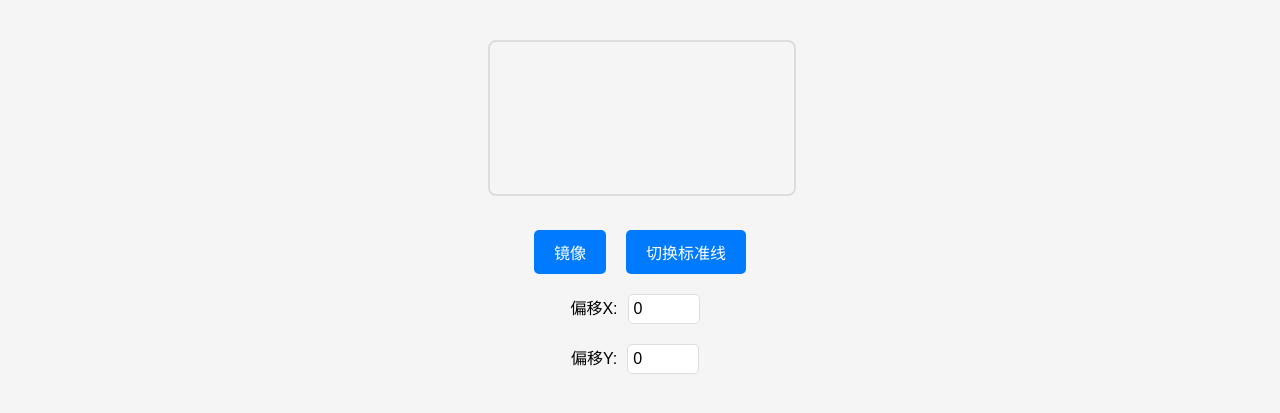
Repository: shasha333333/mirrorOnVue
Page: /
The author's editor kept a copy of each file at every save. The page is drawn from the files as they stood at one save, then again after the next save.
The browser window is 1280 px wide. The pictures show the whole page.
The page's requests for data from a server got no answer. The project was rebuilt for these pictures with package versions that can differ from the ones it lists, and the page was loaded fresh each time. No one was signed in, and anything a server would have sent is missing. Also part of the build but not shown: vue.config.js.

Above is the page before, as saved 2024-11-18 22:02:14.

After the next save:
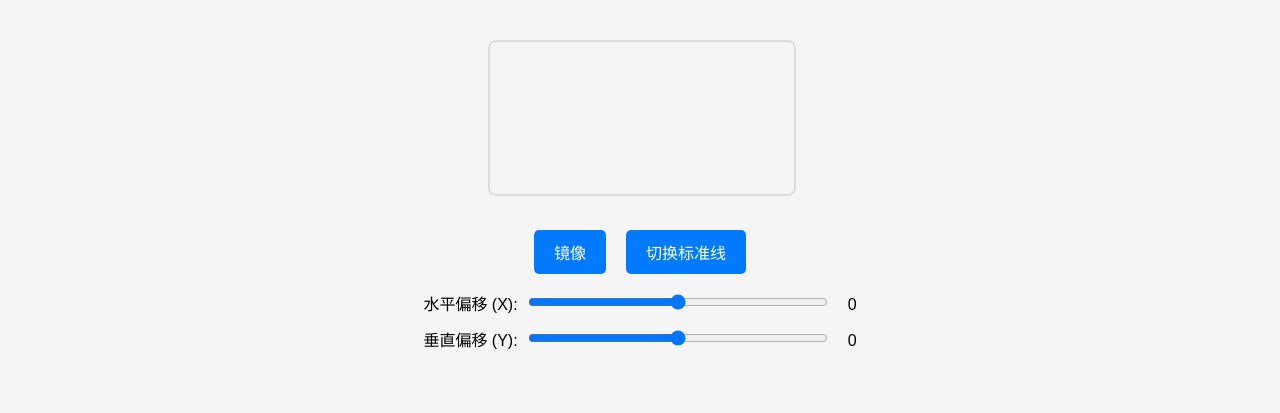
Saved 89 s later.
--- a/src/components/CameraApp.vue
+++ b/src/components/CameraApp.vue
@@ -15,14 +15,16 @@
       <button @click="toggleMirror">镜像</button>
       <button @click="toggleLines">切换标准线</button>
 
-      <!-- 偏移量调整 -->
+      <!-- 偏移量调整（使用滚动条）-->
       <div>
-        <label for="offsetX">偏移X:</label>
-        <input type="number" v-model="offsetX" id="offsetX" />
+        <label for="offsetX">水平偏移 (X):</label>
+        <input type="range" v-model="offsetX" id="offsetX" min="-200" max="200" step="1" />
+        <span>{{ offsetX }}</span>
       </div>
       <div>
-        <label for="offsetY">偏移Y:</label>
-        <input type="number" v-model="offsetY" id="offsetY" />
+        <label for="offsetY">垂直偏移 (Y):</label>
+        <input type="range" v-model="offsetY" id="offsetY" min="-200" max="200" step="1" />
+        <span>{{ offsetY }}</span>
       </div>
     </div>
   </div>
@@ -162,12 +164,14 @@
   background-color: #0056b3;
 }
 
-input[type="number"] {
+input[type="range"] {
   margin: 10px;
-  padding: 5px;
+  width: 80%;
+  max-width: 300px;
+}
+
+span {
   font-size: 16px;
-  width: 60px;
-  border-radius: 5px;
-  border: 1px solid #ddd;
+  margin-left: 10px;
 }
 </style>

After the save that followed:
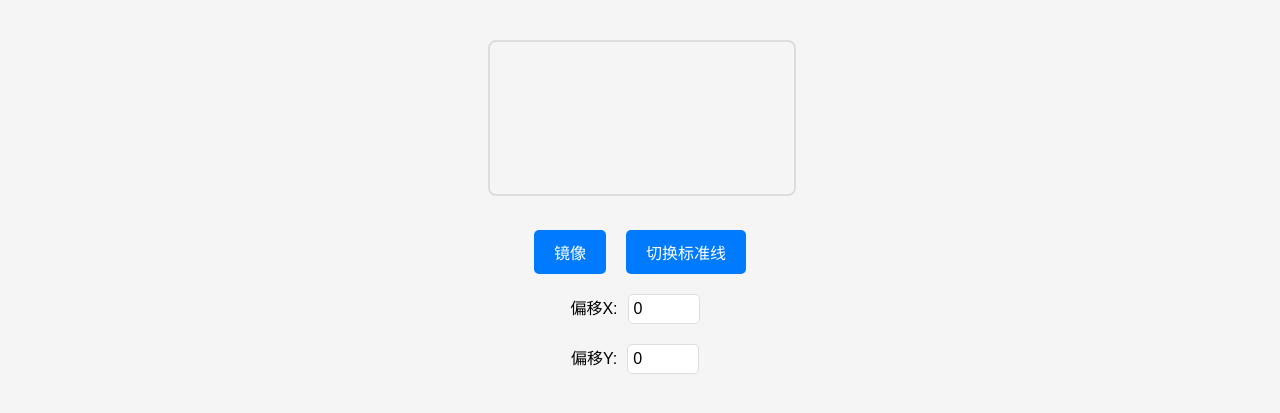
Saved 73 s later.
--- a/src/components/CameraApp.vue
+++ b/src/components/CameraApp.vue
@@ -15,16 +15,14 @@
       <button @click="toggleMirror">镜像</button>
       <button @click="toggleLines">切换标准线</button>
 
-      <!-- 偏移量调整（使用滚动条）-->
+      <!-- 偏移量调整 -->
       <div>
-        <label for="offsetX">水平偏移 (X):</label>
-        <input type="range" v-model="offsetX" id="offsetX" min="-200" max="200" step="1" />
-        <span>{{ offsetX }}</span>
+        <label for="offsetX">偏移X:</label>
+        <input type="number" v-model="offsetX" id="offsetX" />
       </div>
       <div>
-        <label for="offsetY">垂直偏移 (Y):</label>
-        <input type="range" v-model="offsetY" id="offsetY" min="-200" max="200" step="1" />
-        <span>{{ offsetY }}</span>
+        <label for="offsetY">偏移Y:</label>
+        <input type="number" v-model="offsetY" id="offsetY" />
       </div>
     </div>
   </div>
@@ -164,14 +162,12 @@
   background-color: #0056b3;
 }
 
-input[type="range"] {
+input[type="number"] {
   margin: 10px;
-  width: 80%;
-  max-width: 300px;
-}
-
-span {
+  padding: 5px;
   font-size: 16px;
-  margin-left: 10px;
+  width: 60px;
+  border-radius: 5px;
+  border: 1px solid #ddd;
 }
 </style>
